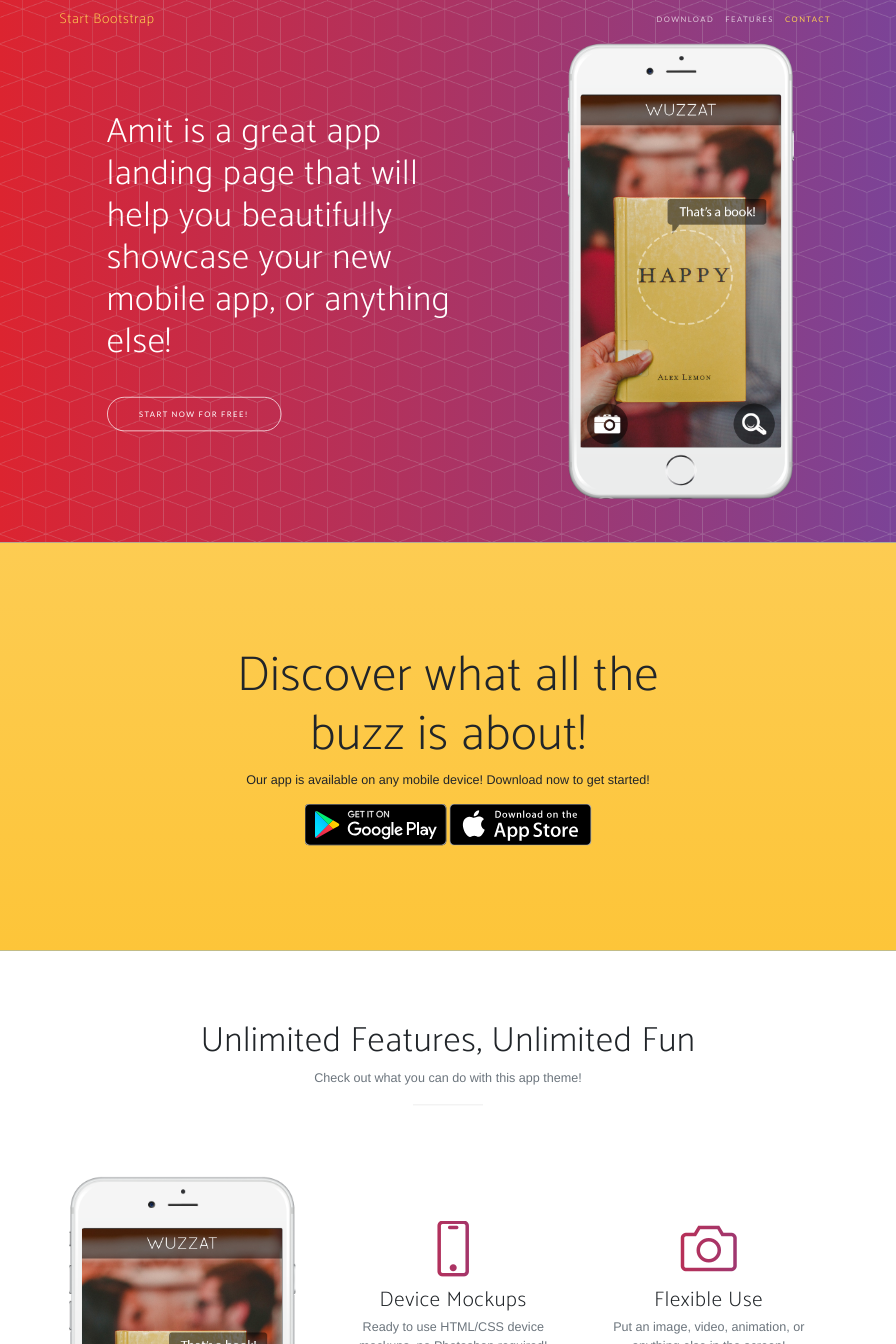
Repository: RonenAmit2/test2
Page: startbootstrap-new-age-gh-pages/index.html
The author's editor kept a copy of each file at every save. The page is drawn from the files as they stood at one save, then again after the next save.
The browser window is 1280 px wide. The pictures show the part of the page from y = 0 to 1920 px (the page is 3657 px tall), at 70% of full size.
Some web fonts or font styles are not loaded; a fallback is used.

Above is the page before, as saved 2018-08-06 19:50:04.

After the next save:
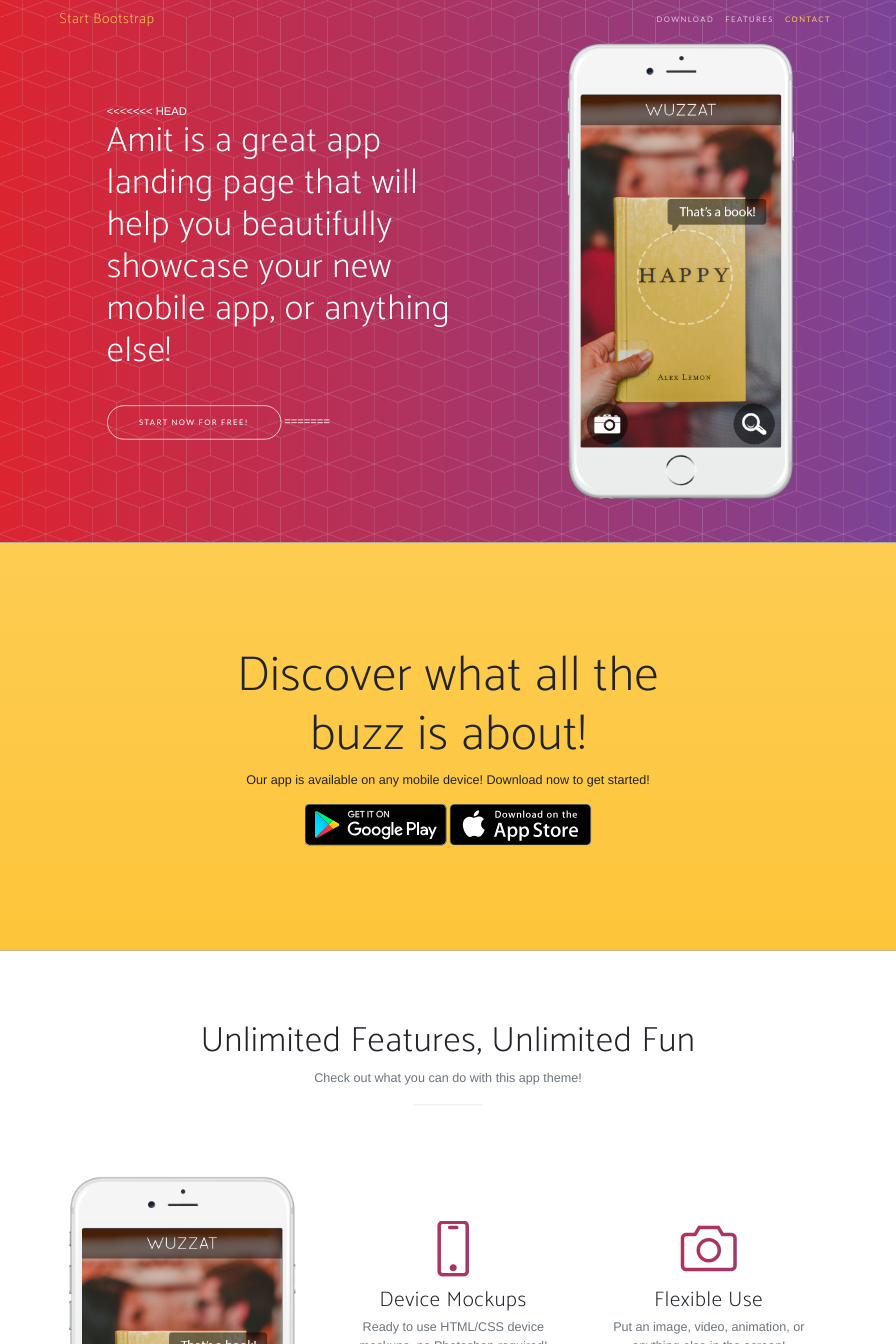
Saved 7 min 7 s later.
--- a/startbootstrap-new-age-gh-pages/index.html
+++ b/startbootstrap-new-age-gh-pages/index.html
@@ -59,8 +59,10 @@
         <div class="row h-100">
           <div class="col-lg-7 my-auto">
             <div class="header-content mx-auto">
+<<<<<<< HEAD
               <h1 class="mb-5">Amit is a great app landing page that will help you beautifully showcase your new mobile app, or anything else!</h1>
               <a href="#download" class="btn btn-outline btn-xl js-scroll-trigger">Start Now for Free!</a>
+=======
             </div>
           </div>
           <div class="col-lg-5 my-auto">

After the save that followed:
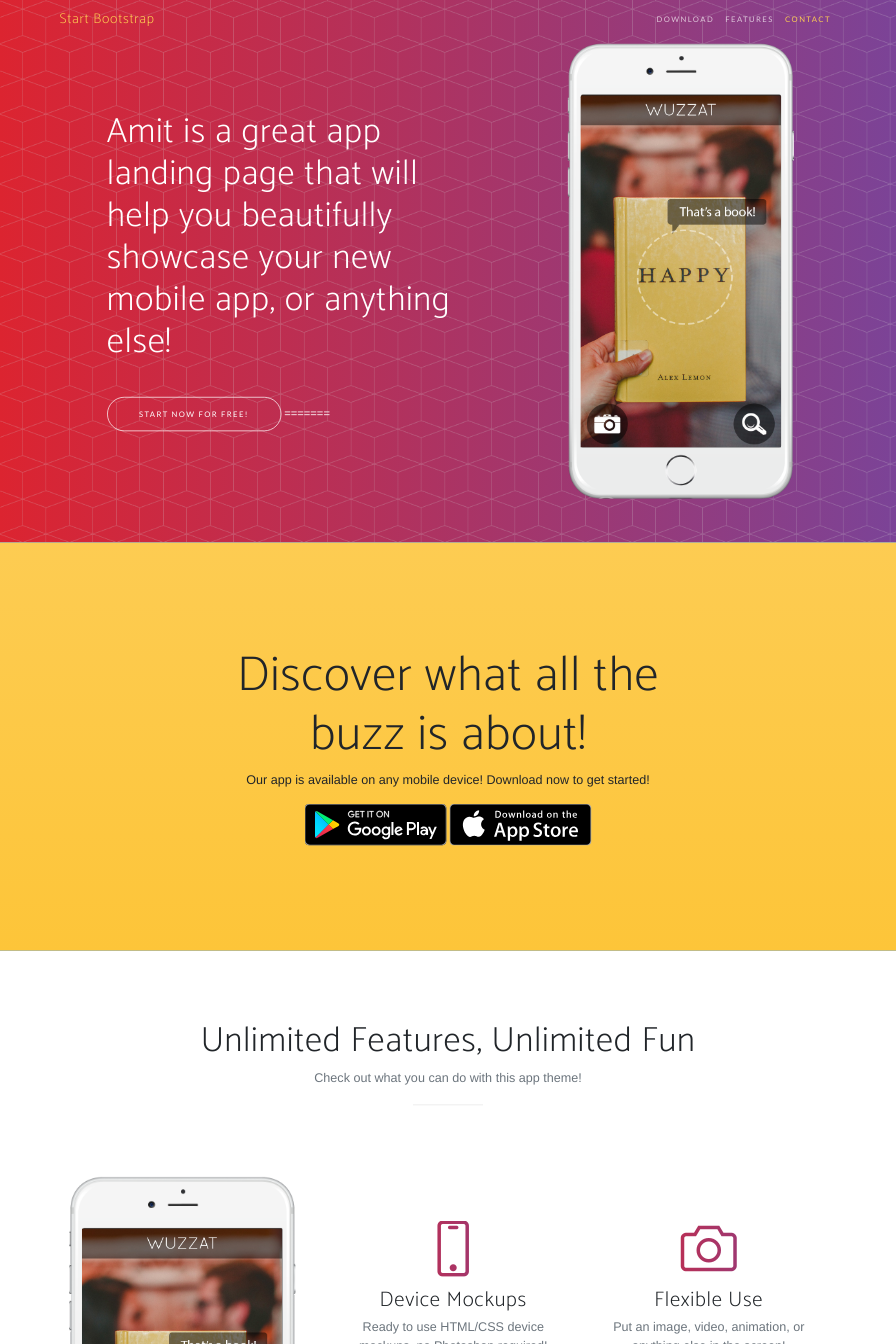
Saved 10 s later.
--- a/startbootstrap-new-age-gh-pages/index.html
+++ b/startbootstrap-new-age-gh-pages/index.html
@@ -59,7 +59,7 @@
         <div class="row h-100">
           <div class="col-lg-7 my-auto">
             <div class="header-content mx-auto">
-<<<<<<< HEAD
+
               <h1 class="mb-5">Amit is a great app landing page that will help you beautifully showcase your new mobile app, or anything else!</h1>
               <a href="#download" class="btn btn-outline btn-xl js-scroll-trigger">Start Now for Free!</a>
 =======
